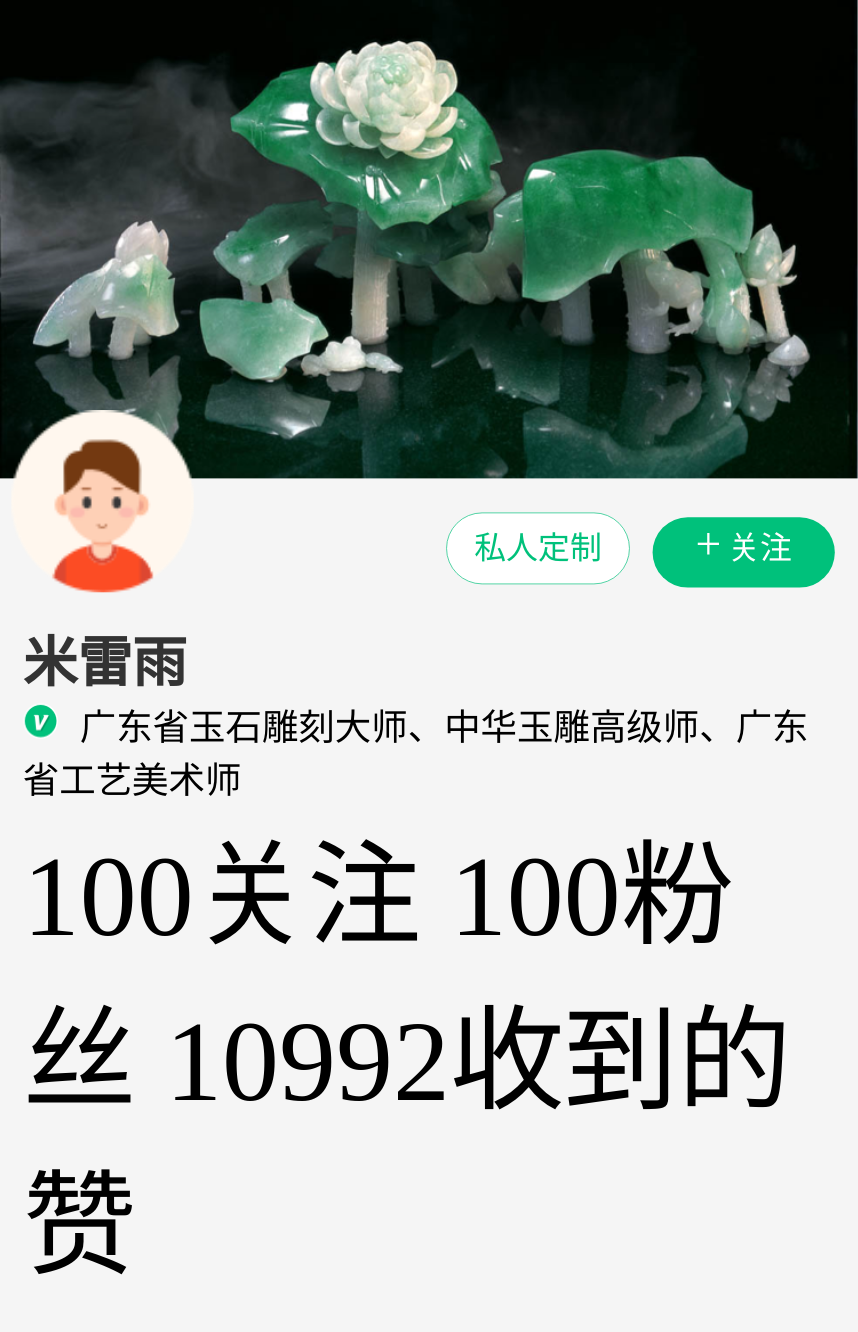
Repository: 1yanglulu/-
Page: html/jadecarvemaincenter.html
These files come from the project's save history. The page is drawn as it stood at one moment and after the next save; the edit follows.
The browser window is 1280 px wide. The pictures show the whole page, at 67% of full size.

Above is the page before, as saved 2020-01-07 14:20:28.

### html/jadecarvemaincenter.html
<!DOCTYPE html>
<html lang="en">
<head>
  <meta charset="UTF-8">
  <meta name="viewport" content="width=device-width, user-scalable=no, initial-scale=1.0, maximum-scale=1.0, minimum-scale=1.0">
  <meta http-equiv="X-UA-Compatible" content="ie=edge">
  <title>玉雕师详情</title>
  <link rel="stylesheet" href="../css/common.css">
  <link rel="stylesheet" href="../css/jadecarvemaincenter.css">
</head>
<body class="bac-color">
  <div class="jade-main-center">
    <div class="top-banner">
      <img src="../images/mainbac.png" alt="" class="banner-bac">
    </div>
    <div class="avatar-box">
      <img src="../images/defaultImg.png" alt="" class="default-img">
      <div class="btn-box fn">
        <a href="javascript:void(0);" class="self-made">私人定制</a>
        <div class="follow-btn"><span class="add-icon">+</span>关注</div>
      </div>
      <div class="jade-name">
        米雷雨
      </div>
      <div class="jade-introduce">
        <img src="../images/vipicon.png" alt="vip" class="vip-icon">
        <span class="touxian">广东省玉石雕刻大师、中华玉雕高级师、广东省工艺美术师</span>
      </div>
      <div class="jade-hot-num">
        <span>100</span>关注
        <span>100</span>粉丝
        <span>10992</span>收到的赞
      </div>
    </div>
  </div>
  <script src="../js/jquery-3.3.1.min.js"></script>
  <script src="../js/rem.js"></script>
  <script src="../js/jadecarvemaincenter.js"></script>
  <script></script>
</body>
</html>

### css/common.css
h2,body,div,html,ul,li,a,img{
  margin: 0;
  padding: 0;
}
a,img{
  display:block;
}
.fn{
  font-size:0;
}
ul{
  margin-block-start: 0;
  margin-block-end: 0;
  padding-inline-start: 0;
}
ul li{
  list-style: none;
}
a{
  text-decoration: none;
}
.clearfix:after{/*伪元素是行内元素 正常浏览器清除浮动方法*/
  content: "";
  display: block;
  height: 0;
  clear:both;
  visibility: hidden;
}
.clearfix{
  *zoom: 1;/*ie6清除浮动的方式 *号只有IE6-IE7执行，其他浏览器不执行*/
}
.fl{
  float: left;
}
.fr{
  float:right;
}
.bac-color{
  /* background:rgb(248,248,248); */
  background: #f5f5f5;
}

### css/jadecarvemaincenter.css
.jade-main-center{
  width: 100%;
}
.banner-bac{
  width: 100%;
  height: 4.2rem;
  display: block
}
.default-img{
  width: 1.6rem;
  height: 1.6rem;
}
.avatar-box{
  position: relative;
}
.default-img{
  position: absolute;
  left:.1rem;
  top:-.6rem;

}
.avatar-box{
  padding:0 .2rem 0.3rem;
}
.btn-box{
  text-align: right;
  padding: .3rem 0;
}
.self-made{
  display: inline-block;
  padding: 0 .24rem;
  text-align: center;
  line-height: .62rem;
  border: 1px solid #00C17B;
  border-radius:.33rem;
  background: #fff;
  font-size: .28rem;
  color: #00C17B;
  margin-right: .2rem;
}
.follow-btn{
  width: 1.6rem;
  height: .62rem;
  text-align: center;
  background: #00C17B;
  border-radius:.33rem;
  font-size: .28rem;
  color: #FFFFFF;
  display: inline-block;
}
.add-icon{
  font-size: .4rem;
  color: #FFFFFF;
  margin-right: 10px;
}
.jade-name{
  font-size: .48rem;
  color: #333333;
  line-height: .58rem;
  text-align: left;
  margin-top: .08rem;
  font-weight: bold;
}
.jade-introduce{
  font-size: .32rem;
  color: #000000;
}
.vip-icon{
  width: .32rem;
  height: .32rem;
  display: inline-block;
  margin-right: .1rem;
}

### js/rem.js
(function (doc, win) {
    var docEl = doc.documentElement,
        resizeEvt = 'orientationchange' in window ? 'orientationchange' : 'resize',
        recalc = function () {
            var clientWidth = docEl.clientWidth;
            if (!clientWidth) return;
            docEl.style.fontSize =Math.floor(100*(clientWidth / 750))+ 'px';
        };
    if (!doc.addEventListener) return;
    win.addEventListener(resizeEvt, recalc, false);
    doc.addEventListener('DOMContentLoaded', recalc, false);
})(document,window);

Loaded but not shown: js/jquery-3.3.1.min.js (library); js/jadecarvemaincenter.js (no stored copy; drawn as an empty file)

After the next save:
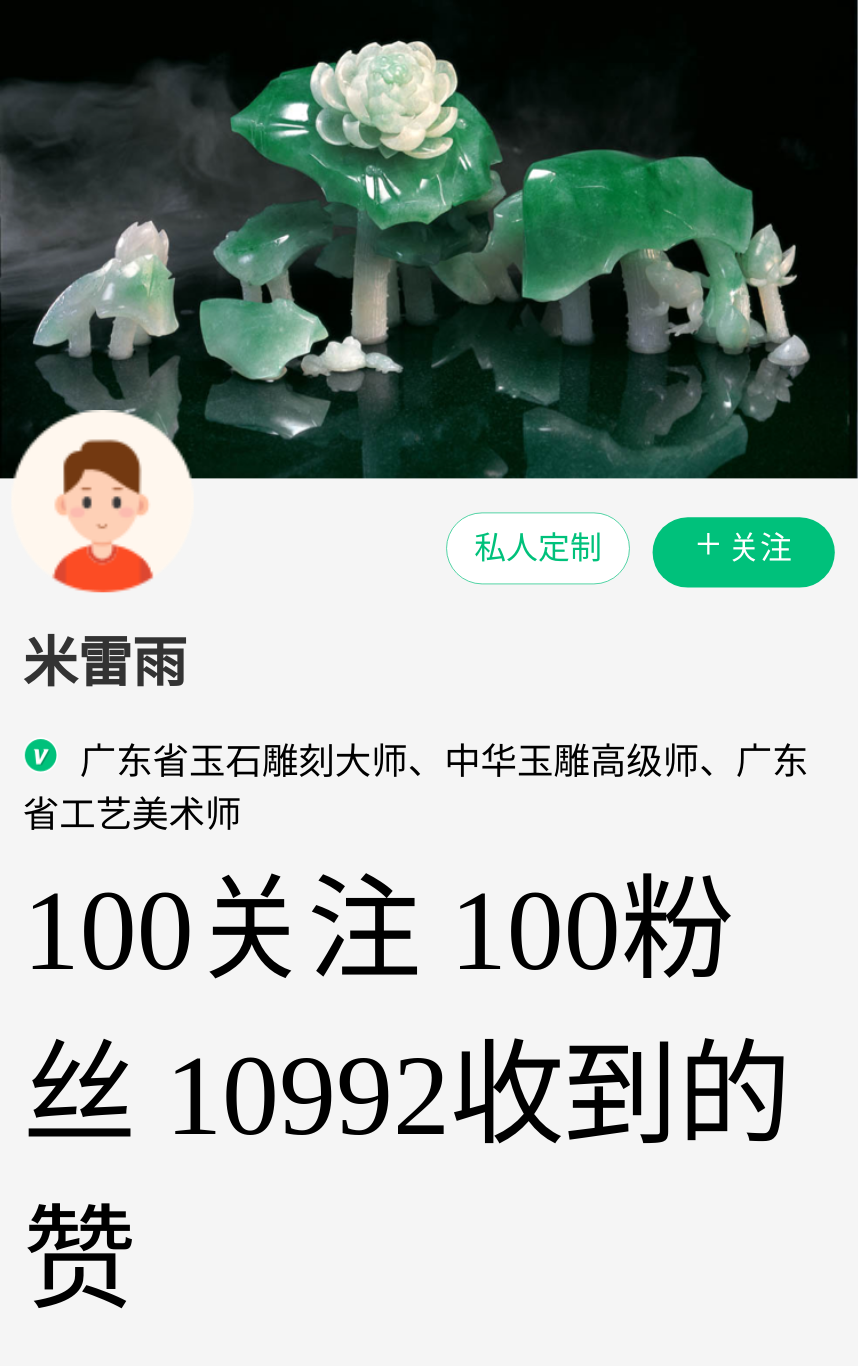
Saved 34 s later.
--- a/css/jadecarvemaincenter.css
+++ b/css/jadecarvemaincenter.css
@@ -60,6 +60,7 @@
   text-align: left;
   margin-top: .08rem;
   font-weight: bold;
+  margin-bottom: .3rem;
 }
 .jade-introduce{
   font-size: .32rem;
